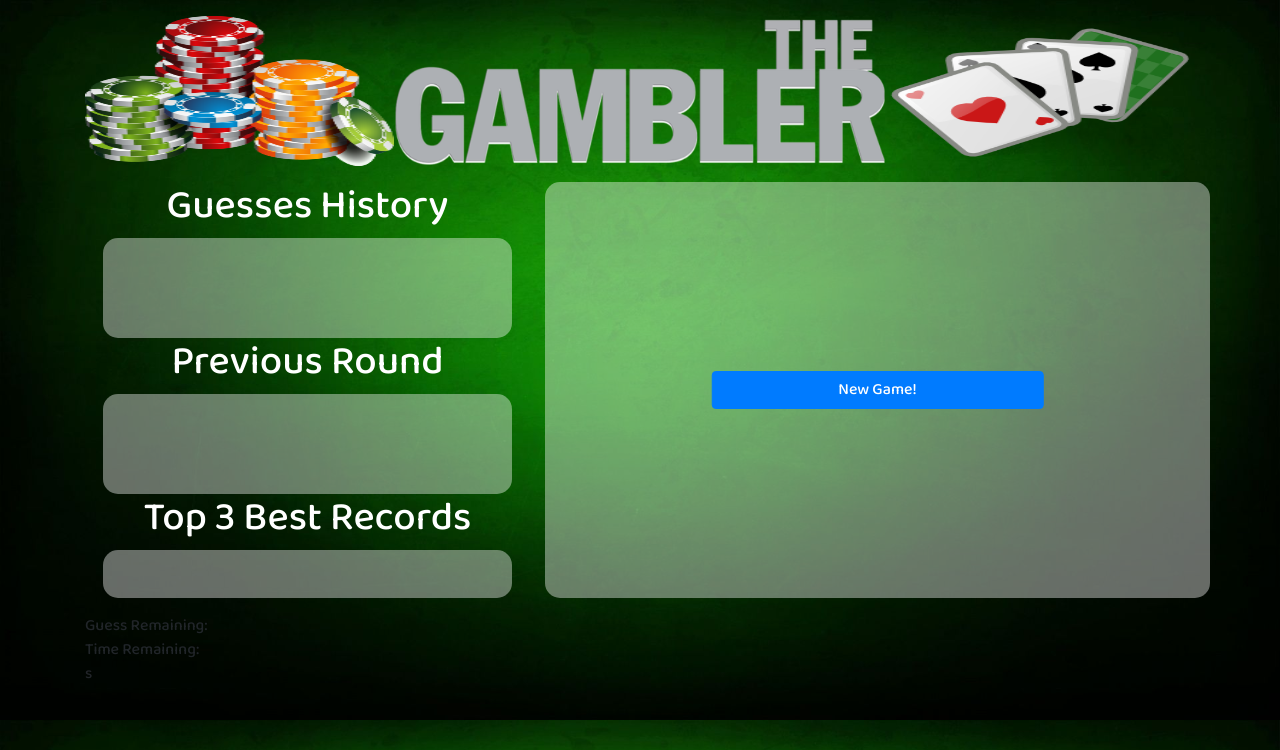
Repository: tts2610/TheCheapShootingGame
Page: index.html
The author's editor kept a copy of each file at every save. The page is drawn from the files as they stood at one save, then again after the next save.
The browser window is 1280 px wide. The pictures show the whole page.
Backgrounds fixed to the window are drawn as part of the page.

Above is the page before, as saved 2020-05-15 12:17:00.

After the next save:
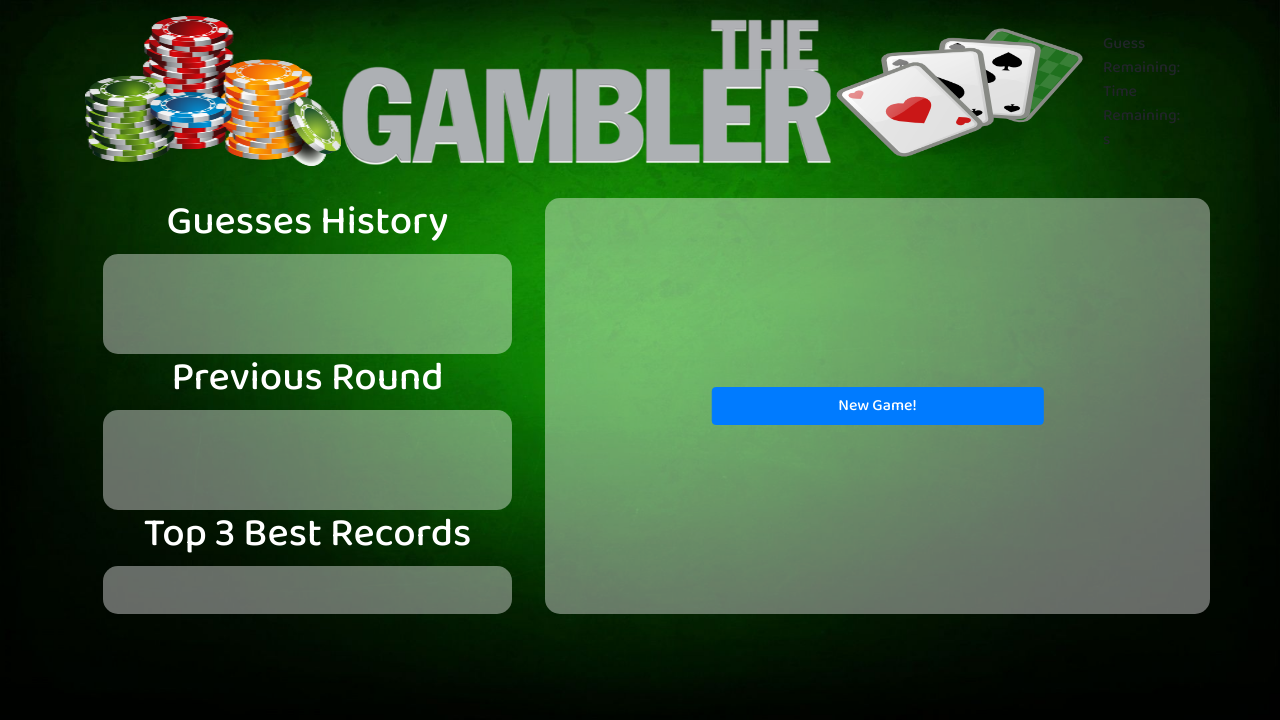
Saved 66 s later.
--- a/index.html
+++ b/index.html
@@ -32,6 +32,14 @@
             <img class="center mb-3" src="img/chips.png" width="auto" height="150">
             <img class="center mb-3" src="img/gambler.png" width="auto" height="150">
             <img class="center mb-3" src="img/cards.png" width="auto" height="150">
+            <div class="result my-3" style="width: auto; height: 150px;">
+                <div class="col">Guess Remaining:
+                    <span id="guessRemaining"></span>
+                </div>
+                <div class="col">Time Remaining:
+                    <div id="secondRemaining">s</div>
+                </div>
+            </div>
         </div>
 
         <div class="row">
@@ -84,16 +92,6 @@
 
             </div>
         </div>
-        <div class="row">
-            <div class="result my-3">
-                <div class="col">Guess Remaining:
-                    <span id="guessRemaining"></span>
-                </div>
-                <div class="col">Time Remaining:
-                    <div id="secondRemaining">s</div>
-                </div>
-            </div>
-        </div>
     </section>
 
     <script src="js/script.js"></script>
